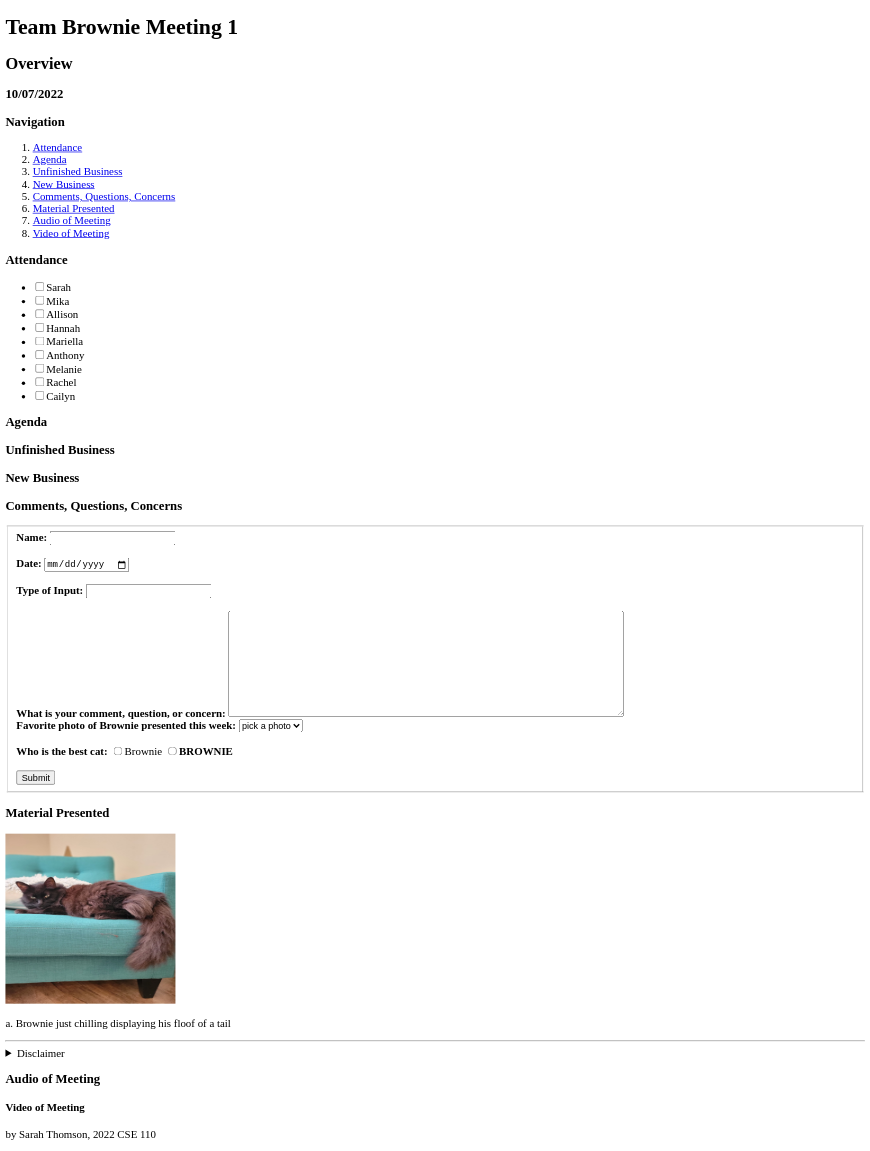
Repository: sarahtthomson/fa22-cse110-lab3
Page: index.html
The author's editor kept a copy of each file at every save. The page is drawn from the files as they stood at one save, then again after the next save.
The browser window is 1280 px wide. The pictures show the whole page, at 68% of full size.

Above is the page before, as saved 2022-10-08 19:10:14.

### index.html
<!DOCTYPE html>
<html lang="en">
    <head>
        <Title>Team Brownie</Title>
        <meta name="description" content="Meeting minutes for Team Brownie">
        <link rel="icon" href="favicon.ico">
    </head>
    <body>
        <header>
            <h1>Team Brownie Meeting 1</h1>
            <h2>Overview</h2>
            <h3>10/07/2022</h3>
        </header>
        <main>
            <nav class="nav">
                <h3>Navigation</h4>
                <ol>
                    <li><a href="#Attendance" >Attendance</a></li>
                    <li><a href="#Agenda">Agenda</a></li>
                    <li><a href="#Unfinished">Unfinished Business</a></li>
                    <li><a href="#New">New Business</a></li>
                    <li><a href="#Comments">Comments, Questions, Concerns</a></li>
                    <li><a href="#Material">Material Presented</a></li>
                    <li><a href="#Audio">Audio of Meeting</a></li>
                    <li><a href="#Video">Video of Meeting</a></li>
                </ol>
            </nav>
            <div class="Attendance" id="Attendance">
                <h3>Attendance</h3>
                <ul>
                    <li><input type="checkbox">Sarah</li>
                    <li><input type="checkbox">Mika</li>
                    <li><input type="checkbox">Allison</li>
                    <li><input type="checkbox">Hannah</li>
                    <li><input type="checkbox">Mariella</li>
                    <li><input type="checkbox">Anthony</li>
                    <li><input type="checkbox">Melanie</li>
                    <li><input type="checkbox">Rachel</li>
                    <li><input type="checkbox">Cailyn</li>
                </ul>
            </div>
            <div class="Agenda" id="Agenda">
                <h3>Agenda</h3>

            </div>
            <div class="Unfinished" id="Unfinished">
                <h3>Unfinished Business</h3>
            </div>
            <div class="New" id="New">
                <h3>New Business</h3>
            </div>
            <div class="Comments" id="Comments">
                <h3>Comments, Questions, Concerns</h3>
                <form method="get" class="cqc" id="form">
                    <fieldset>
                        <label for="name"><b>Name:</b></label>
                        <input type="text" name="name" id="name">
                        <br>
                        <br>
                        <label for="date"><b>Date:</b></label>
                        <input type="date" name="date" id="date">
                        <br>
                        <br>
                        <label for="cqorc"><b>Type of Input:</b></label>
                        <input list="type-of-input" id="choice" name="choice">
                        <br>
                        <datalist id="type-of-input">
                            <option value="comment">
                            <option value="question">
                            <option value="concern">
                        </datalist>
                        <br>
                        <label for="textbox"><b>What is your comment, question, or concern:</b></label>
                        <textarea id="textbox" name="textbox" rows="10" cols="70"></textarea>
                        <br>
                        <label for="best-photo"><b>Favorite photo of Brownie presented this week:</b></label>
                        <select name="photos" id="photo-select">
                            <option value="">pick a photo</option>
                            <option value="a">a</option>
                            <option value="b">b</option>
                            <option value="c">c</option>
                            <option value="d">d</option>
                            <option value="e">e</option>
                        </select>
                        <br>
                        <br>
                        <label for="best"><b>Who is the best cat:</b></label>
                        <input type="radio" id="brownie" name="cat"><label for="brownie">Brownie</label>
                        <input type="radio" id="brownie!" name="cat"><label for="brownie!"><strong>BROWNIE</strong></label>
                        <br>
                        <br>
                        <button type="submit" form="form">Submit</button>
                    </fieldset>
                </form>
            </div>
            <div class="Material" id="Material">
                <h3>Material Presented</h3>
                <img height="250" width="250" src="cat.jpg">
                <p>a. Brownie just chilling displaying his floof of a tail</p>
                <hr>
                <details><summary>Disclaimer</summary>There are only 5 photos of the week because Brownie will not work on weekends</details>
            </div>
            <div class="Audio" id="Audio">
                <h3>Audio of Meeting</h3>
            </div>
            <div class="Video" id="Video">
                <h4>Video of Meeting</h4>
            </div>
        </main>
        <footer>
            <p>by Sarah Thomson, 2022 CSE 110</p>
        </footer>

    </body>
</html>

After the next save:
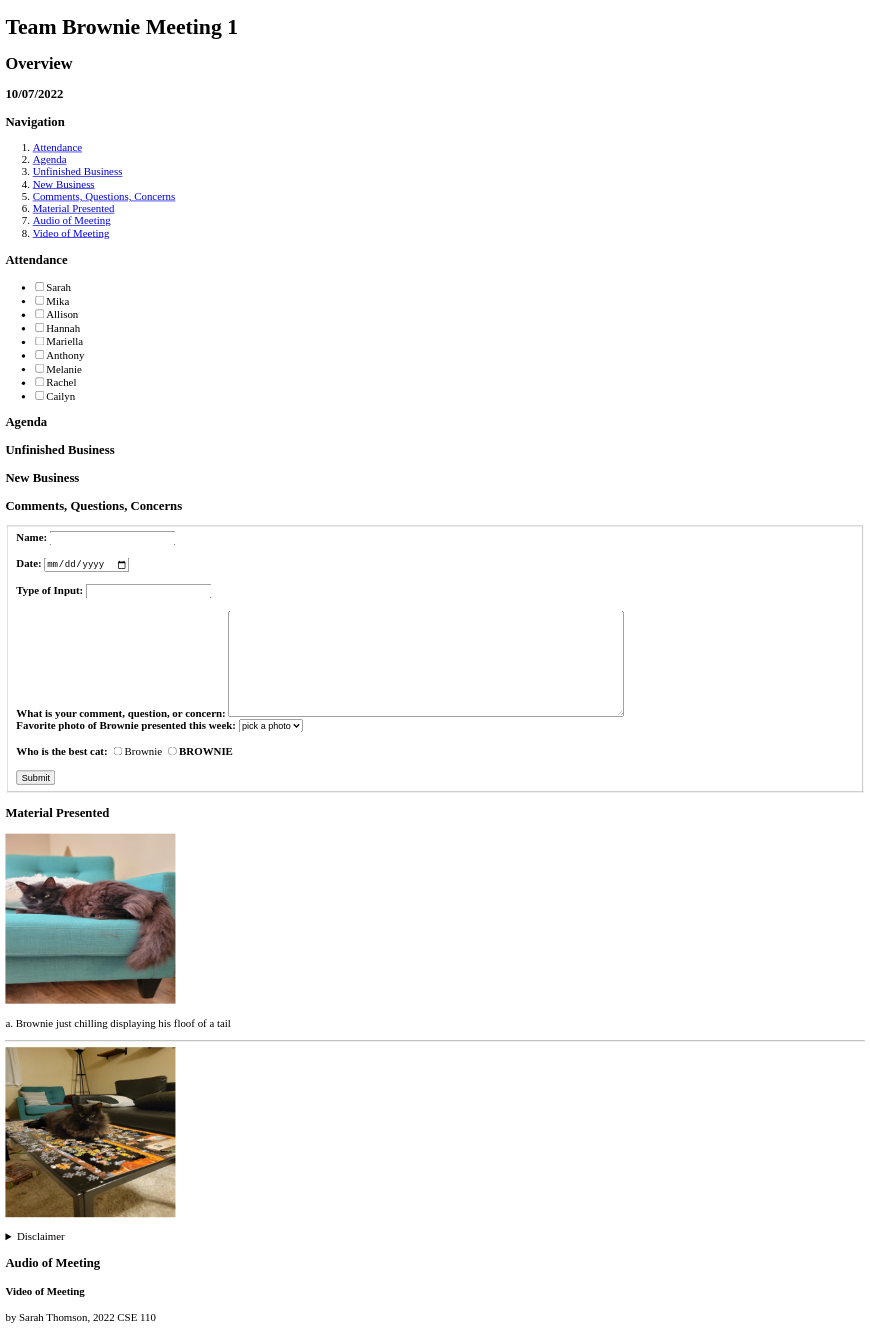
Saved 84 s later.
--- a/index.html
+++ b/index.html
@@ -98,6 +98,8 @@
                 <img height="250" width="250" src="cat.jpg">
                 <p>a. Brownie just chilling displaying his floof of a tail</p>
                 <hr>
+                <img height="250" width="250" src="cat1.jpg"
+                <p></p>
                 <details><summary>Disclaimer</summary>There are only 5 photos of the week because Brownie will not work on weekends</details>
             </div>
             <div class="Audio" id="Audio">
